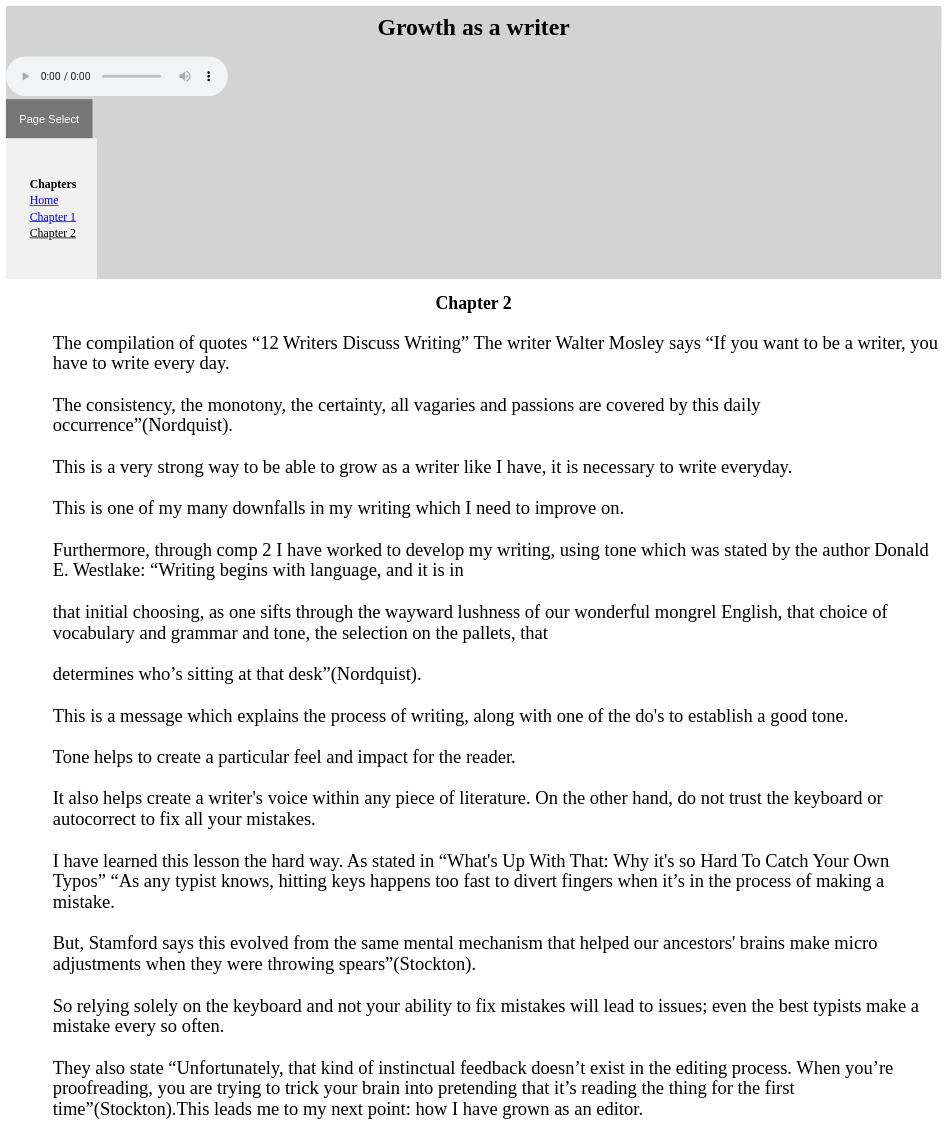
Repository: jpaisiem/WP-4
Page: Chapter2.html
These files come from the project's save history. The page is drawn as it stood at one moment and after a run of saves; the edit follows.
The browser window is 1280 px wide. The pictures show the whole page, at 74% of full size.

Above is the page before, as saved 2025-05-01 11:46:51.
Console error: TypeError: Cannot read properties of undefined (reading 'toggle')

After the next 3 saves:
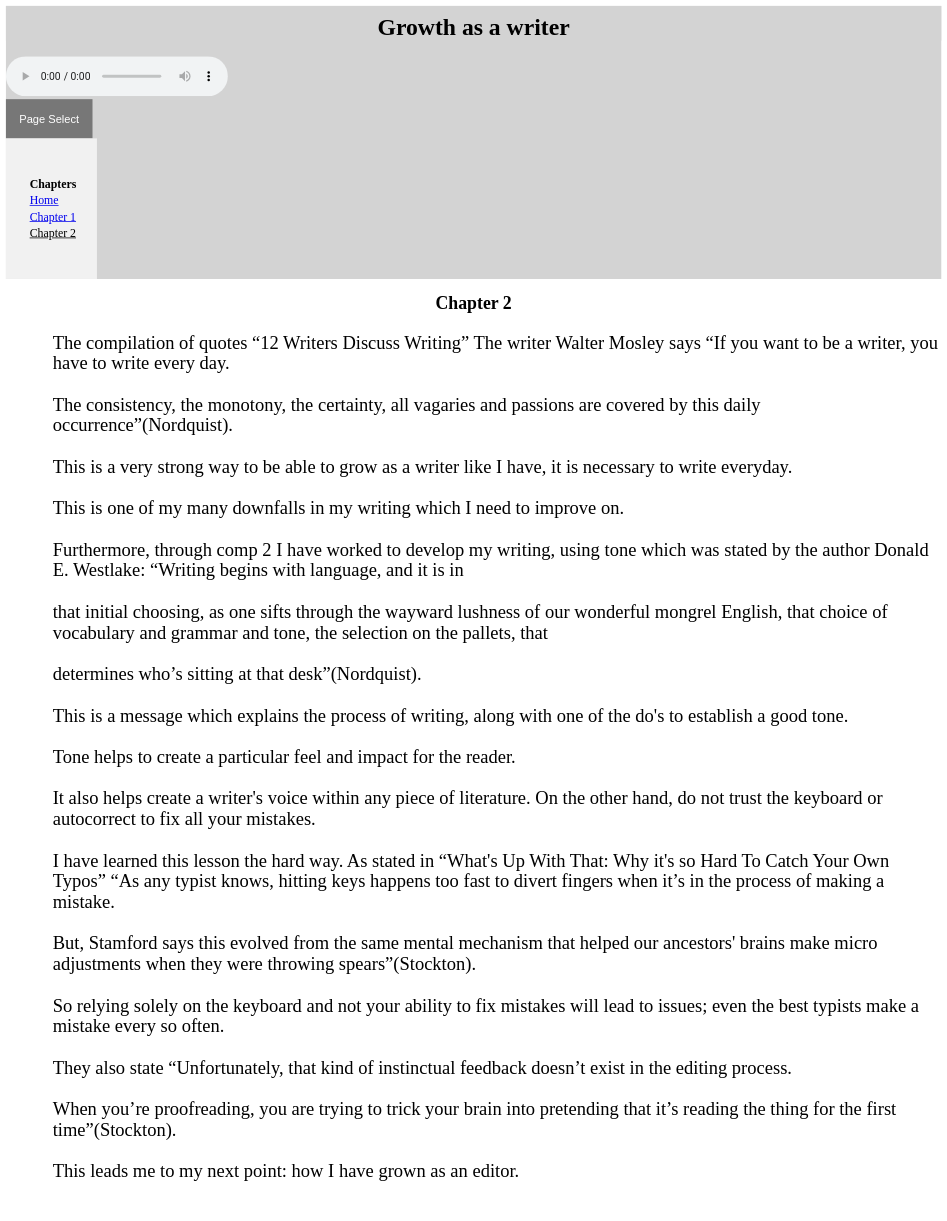
The 3 saves are shown as one change because they came seconds apart.
The last was saved 9 s later.
--- a/Chapter2.html
+++ b/Chapter2.html
@@ -78,8 +78,9 @@ p
         <br><br>
         But, Stamford says this evolved from the same mental mechanism that helped our ancestors' brains make micro adjustments when they were throwing spears”(Stockton). <br><br>
         So relying solely on the keyboard and not your ability to fix mistakes will lead to issues; even the best typists make a mistake every so often. <br><br>
-        They also state “Unfortunately, that kind of instinctual feedback doesn’t exist in the editing process.
-        When you’re proofreading, you are trying to trick your brain into pretending that it’s reading the thing for the first time”(Stockton).This leads me to my next point: how I have grown as an editor.
+        They also state “Unfortunately, that kind of instinctual feedback doesn’t exist in the editing process. <br><br>
+        When you’re proofreading, you are trying to trick your brain into pretending that it’s reading the thing for the first time”(Stockton).<br><br>
+        This leads me to my next point: how I have grown as an editor. <br><br>
 </p>
 </div>
 <script>
